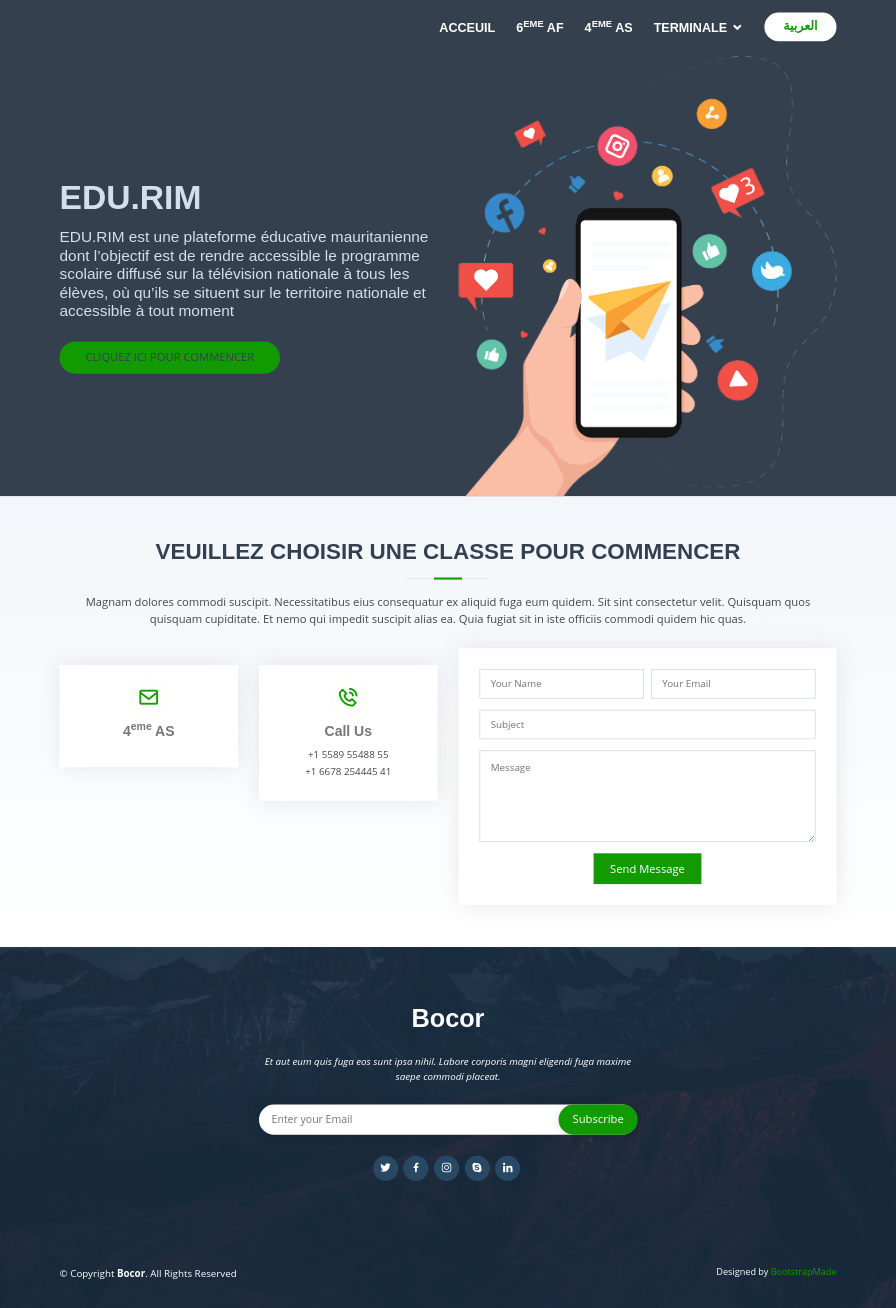
Repository: athiemohamed/courat
Page: http://localhost/
The author's editor kept a copy of each file at every save. The page is drawn from the files as they stood at one save, then again after the next save.
The browser window is 1280 px wide. The pictures show the whole page, at 70% of full size.
Some web fonts or font styles are not loaded; a fallback is used. The page is run by PHP 8.4 with error messages shown; the project is at /var/www/html/.

Above is the page before, as saved 2020-03-26 12:11:04.

After the next save:
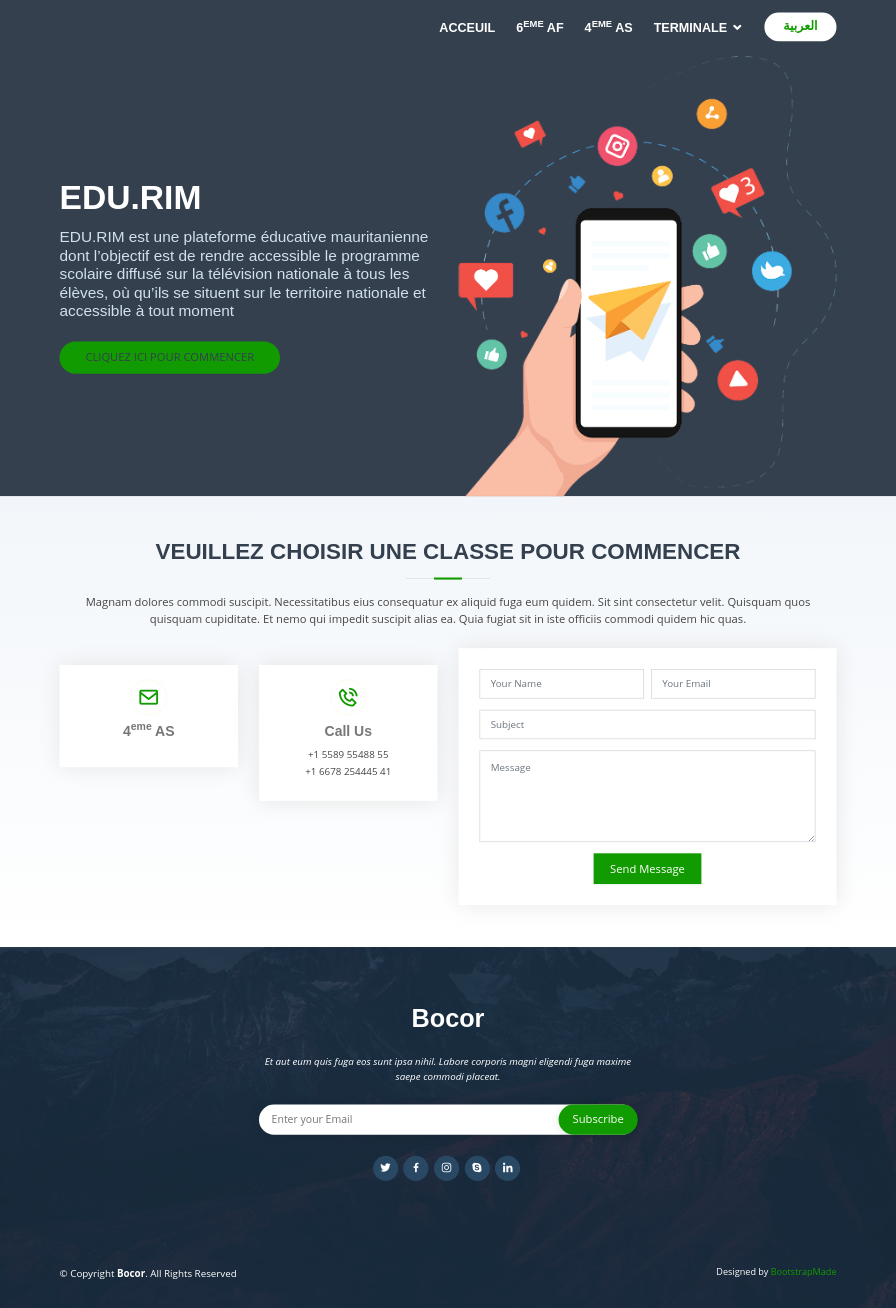
Saved 4 s later.
--- a/assets/css/style.css
+++ b/assets/css/style.css
@@ -369,7 +369,7 @@ h1, h2, h3, h4, h5, h6 {
   font-size: 48px;
   font-weight: 700;
   line-height: 56px;
-  color: #d2e0ed;
+  color: #fff;
   font-family: "Cairo", sans-serif;
 }
 
